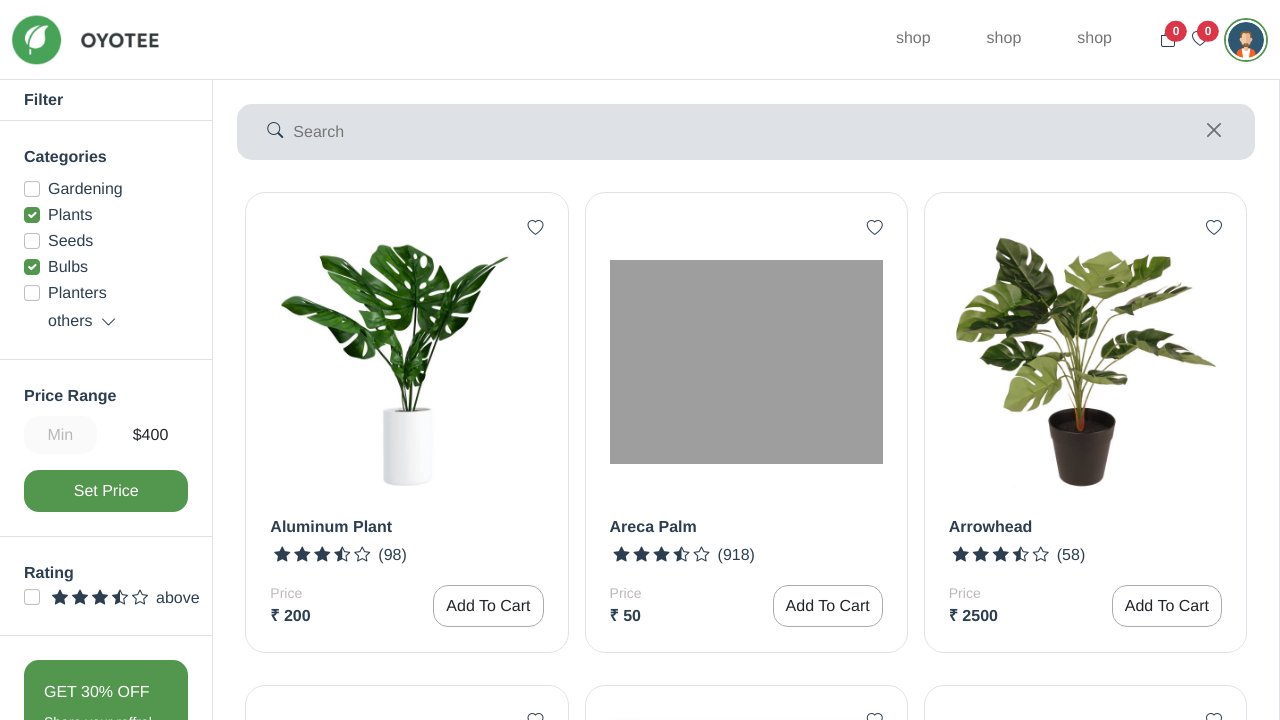
Repository: arpitaWebD/PlantShopping
Page: /
These files come from the project's save history. The page is drawn as it stood at one moment and after the next save; the edit follows.
The browser window is 1280 px wide. The pictures show the whole page.
Pictures or frames that could not be fetched are drawn as grey boxes. An inner scrolling area shows only its first screen. Some web libraries are served in a nearby version. The project was rebuilt for these pictures with package versions that can differ from the ones it lists, and the page was loaded fresh each time. Also part of the build but not shown: src/components/ProductPreview.vue, src/views/AddToCart.vue, src/views/WishList.vue, src/components/Login.vue.

Above is the page before, as saved 2022-01-24 15:07:01.

After the next save:
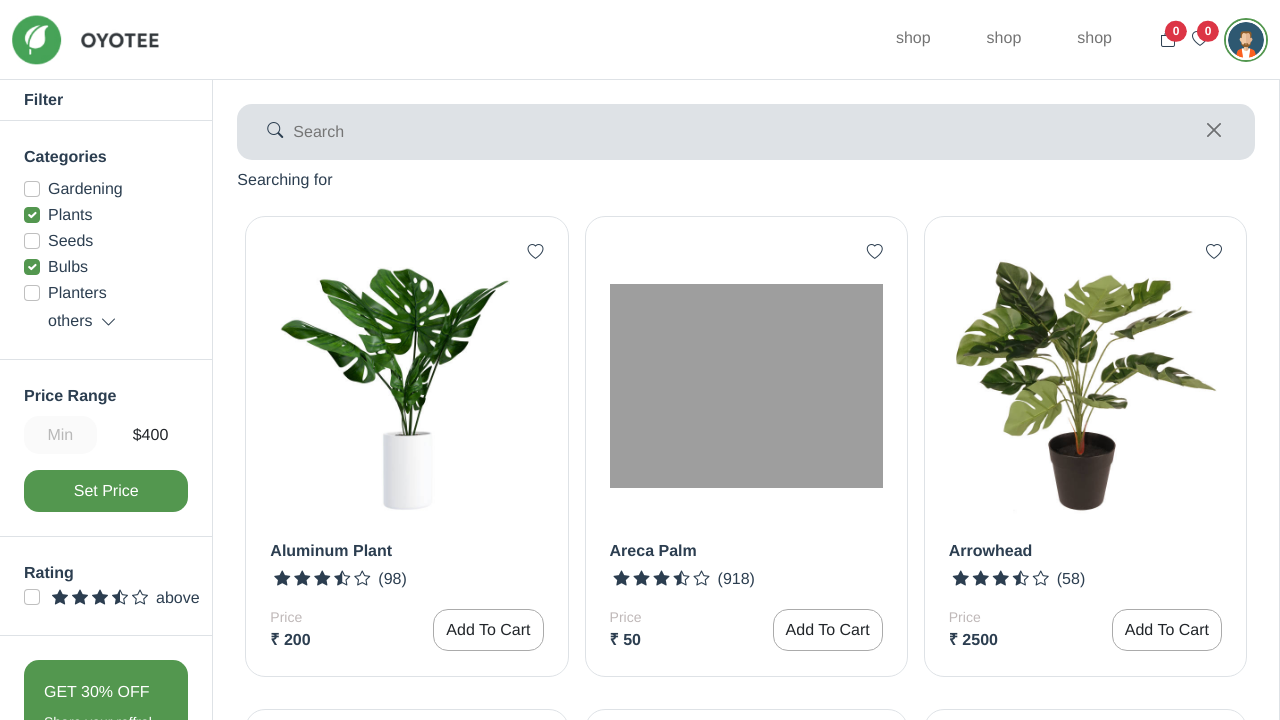
Saved 24 s later.
--- a/src/views/ProductView.vue
+++ b/src/views/ProductView.vue
@@ -6,7 +6,7 @@
         :class="[showPreview ? 'col-md-7 col-lg-8' : 'col-lg-12 col-md-12']"
       >
         <Search :searchItem="searchItem" />
-        {{ search }}
+        Searching for {{ search }}
         <div class="row g-3 m-0">
           <div
             class="col-sm-12"
